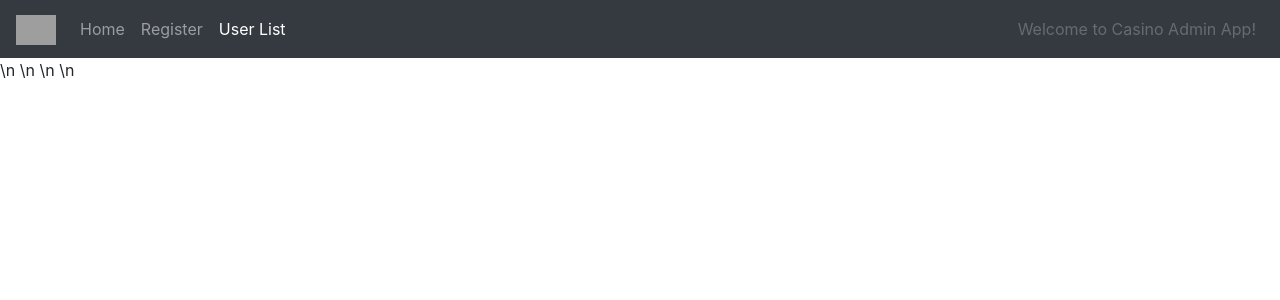
Repository: piyushrulesyou/CasinoGameApplication
Page: http://localhost/adminPanel/UsersList.jsp
An editor plug-in stored every save of this project. The page is shown before and after the next save, followed by the edit.
The browser window is 1280 px wide. The pictures show the whole page.
Pictures or frames that could not be fetched are drawn as grey boxes. The page is served by Tomcat 9. Nobody is signed in. The application's start-up code is not run. Other server files are loaded and not shown.

Above is the page before, as saved 2019-10-31 17:02:33.

### AdminPanel/adminPanel/src/main/webapp/UsersList.jsp
<%@ taglib uri="http://java.sun.com/jsp/jstl/core" prefix="c"%>

<%@ page language="java" contentType="text/html; charset=ISO-8859-1"
	pageEncoding="ISO-8859-1" isELIgnored="false"%>

<!DOCTYPE html>
<html>
<head>
<title>UsersList</title>
<meta charset="utf-8">

<meta name="viewport" content="width=device-width, initial-scale=1">


<link rel="stylesheet"
	href="https://maxcdn.bootstrapcdn.com/bootstrap/4.3.1/css/bootstrap.min.css">
<script
	src="https://ajax.googleapis.com/ajax/libs/jquery/3.4.1/jquery.min.js"></script>
<script
	src="https://cdnjs.cloudflare.com/ajax/libs/popper.js/1.14.7/umd/popper.min.js"></script>
<script
	src="https://maxcdn.bootstrapcdn.com/bootstrap/4.3.1/js/bootstrap.min.js"></script>
</head>
<body>

	<nav class="navbar navbar-expand-sm bg-dark navbar-dark">
		<!-- 	<nav class="navbar navbar-expand-sm navbar-light bg-faded"> -->
		<a class="navbar-brand" href="index.jsp"> <img
			src="https://www.slotnite.com/images/sliders/livecasino/casino1.png"
			alt="logo" style="width: 40px;">
		</a>

		<!-- Links -->
		<ul class="navbar-nav mr-auto">
			<li class="nav-item"><a class="nav-link" href="index.jsp">Home</a></li>
			<li class="nav-item"><a class="nav-link" href="RegisterUser.jsp">Register</a></li>
			<li class="nav-item"><a class="nav-link active" href="">User
					List</a></li>
		</ul>
		<ul class="navbar-nav">
			<li class="nav-item"><span class="nav-link disabled">Welcome
					to Casino Admin App!</span></li>
		</ul>
	</nav>

<%-- 	USERS ${listOfUsers} BYE!! --%>

	<c:forEach var="i" begin = "0" end = "3">

		<c:out value="${listOfUsers.get(i).customerName}"/>
		<c:out value=" \n "/>

	</c:forEach>



</body>
</html>

After the next save:
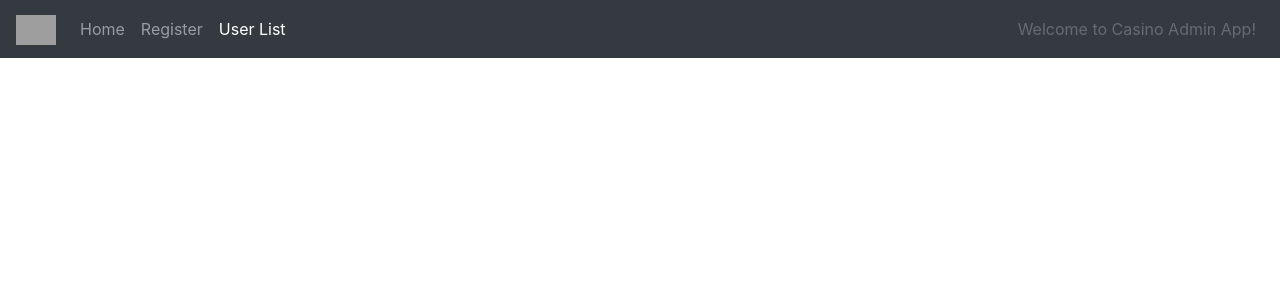
Saved 9 s later.
--- a/AdminPanel/adminPanel/src/main/webapp/UsersList.jsp
+++ b/AdminPanel/adminPanel/src/main/webapp/UsersList.jsp
@@ -48,7 +48,6 @@
 	<c:forEach var="i" begin = "0" end = "3">
 
 		<c:out value="${listOfUsers.get(i).customerName}"/>
-		<c:out value=" \n "/>
 
 	</c:forEach>
 
